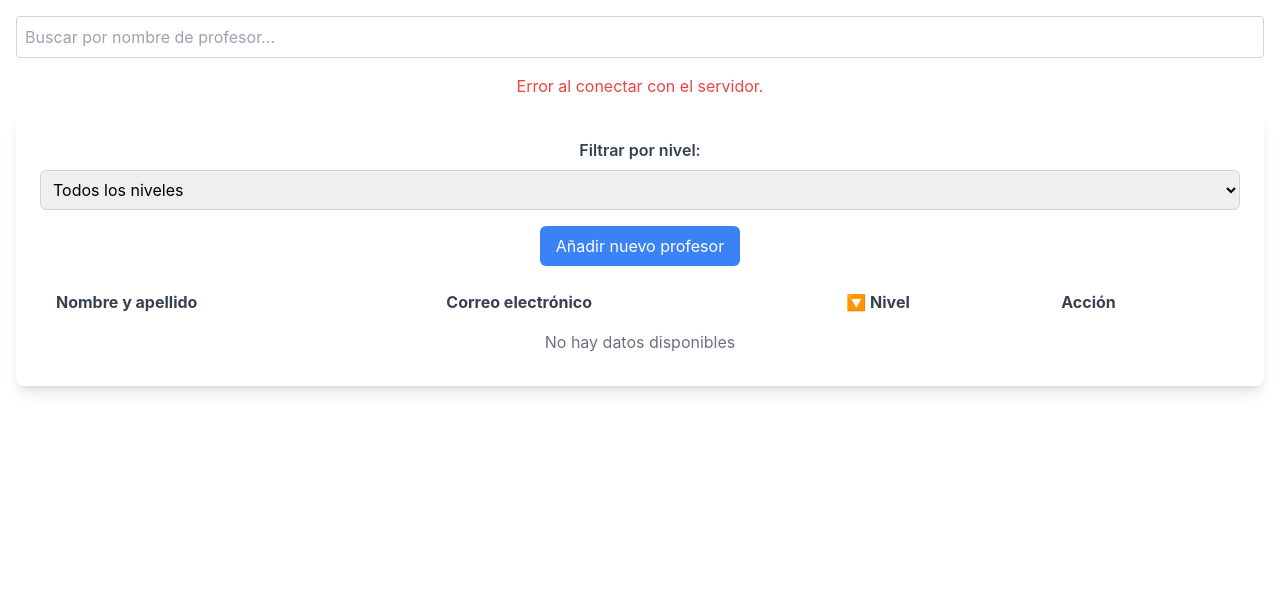
Repository: sofikalpin/EduMatch
Page: /administrador/listaProfesores (app in frontend-sistema-apoyo/frontend-sistema-apoyo/)
These files come from the project's save history. The page is drawn as it stood at one moment and after the next save; the edit follows.
The browser window is 1280 px wide. The pictures show the whole page.
The page's requests for data from a server got no answer. The project was rebuilt for these pictures with package versions that can differ from the ones it lists, and the page was loaded fresh each time. No one was signed in, and anything a server would have sent is missing. Also part of the build but not shown: frontend-sistema-apoyo/frontend-sistema-apoyo/src/componentes/inicio/Componentes/TopBar.js, frontend-sistema-apoyo/frontend-sistema-apoyo/src/componentes/inicio/Componentes/ProgramDropdown.js, frontend-sistema-apoyo/frontend-sistema-apoyo/src/componentes/inicio/Componentes/Header.js, frontend-sistema-apoyo/frontend-sistema-apoyo/src/componentes/inicio/Componentes/Footer.js, frontend-sistema-apoyo/frontend-sistema-apoyo/src/componentes/inicio/Inicio/Inicio.js, frontend-sistema-apoyo/frontend-sistema-apoyo/src/componentes/login/ForgotPassword.js, frontend-sistema-apoyo/frontend-sistema-apoyo/src/componentes/login/Login.js, frontend-sistema-apoyo/frontend-sistema-apoyo/src/componentes/registrar/Registrar.js and 21 more.

Above is the page before, as saved 2025-02-03 22:15:28.

### frontend-sistema-apoyo/frontend-sistema-apoyo/public/index.html
<!DOCTYPE html>
<html lang="en">
  <head>
    <meta charset="utf-8" />
    <link rel="icon" href="%PUBLIC_URL%/favicon.ico" />
    <meta name="viewport" content="width=device-width, initial-scale=1" />
    <meta name="theme-color" content="#000000" />
    <meta
      name="description"
      content="Web site created using create-react-app"
    />
    <link rel="apple-touch-icon" href="%PUBLIC_URL%/logo192.png" />
    <!--
      manifest.json provides metadata used when your web app is installed on a
      user's mobile device or desktop. See https://developers.google.com/web/fundamentals/web-app-manifest/
    -->
    <link rel="manifest" href="%PUBLIC_URL%/manifest.json" />
    <!--
      Notice the use of %PUBLIC_URL% in the tags above.
      It will be replaced with the URL of the `public` folder during the build.
      Only files inside the `public` folder can be referenced from the HTML.

      Unlike "/favicon.ico" or "favicon.ico", "%PUBLIC_URL%/favicon.ico" will
      work correctly both with client-side routing and a non-root public URL.
      Learn how to configure a non-root public URL by running `npm run build`.
    -->
    <title>React App</title>
  </head>
  <body>
    <noscript>You need to enable JavaScript to run this app.</noscript>
    <div id="root"></div>
    <script src="https://apis.google.com/js/platform.js" async defer></script>
    <!--
      This HTML file is a template.
      If you open it directly in the browser, you will see an empty page.

      You can add webfonts, meta tags, or analytics to this file.
      The build step will place the bundled scripts into the <body> tag.

      To begin the development, run `npm start` or `yarn start`.
      To create a production bundle, use `npm run build` or `yarn build`.
    -->
  </body>
</html>

### frontend-sistema-apoyo/frontend-sistema-apoyo/src/App.js
import React from "react";
import { Routes, Route, Navigate } from "react-router-dom";
import "./App.css";

// Importar los componentes
import Inicio from "./componentes/inicio/Inicio/Inicio";
import Login from "./componentes/login/Login";
import { Registrar } from "./componentes/registrar/Registrar";
import Perfil from "./componentes/Profesor/PerfilProfesor";
import InicioProfesor from "./componentes/inicio/Profesores/profesorini";
import NivelInicial from "./componentes/inicio/Programas/NivelInicial";
import NivelIntermedio from "./componentes/inicio/Programas/NivelIntermedio";
import NivelAvanzado from "./componentes/inicio/Programas/NivelAvanzado";
import Informacion from "./componentes/inicio/Informacion/Informacion";
import ResetPassword from "./componentes/inicio/Inicio/NuevaContra";
import Foro from "./componentes/Foro/Foros";
import Respuesta from "./componentes/Foro/Respuesta";
import NuevaConulta from "./componentes/Foro/NuevaConsulta";
import Administrador from "./componentes/Administrador/Administrador";
import ListaProfesores from "./componentes/Administrador/Profesores/listaProfesores"
import NuevoProfesor from "./componentes/Administrador/Profesores/NuevoProfesor/nuevoProfesor"
import EditarProfesor from "./componentes/Administrador/Profesores/EditarProfesor/editProfeso";
import CargarProfesor from "./componentes/Administrador/CargarProfesor/cargarProfesor";





function App() {
  return (
    <div className="App">
      <Routes>
        {/* Rutas públicas */}
        <Route path="/" element={<Inicio />} />
        <Route path="/iniciarsesion" element={<Login />} />
        <Route path="/registrarse" element={<Registrar />} />
        <Route path="/perfil" element={<Perfil />} />
        <Route path="/informacion" element={<Informacion />} />

        {/* Rutas protegidas */}
        <Route path="/inicioprofesor" element={<InicioProfesor />} />
        <Route path="/nivelinicial" element={<NivelInicial />} />
        <Route path="/nivelintermedio" element={<NivelIntermedio />} />
        <Route path="/nivelavanzado" element={<NivelAvanzado />} />
        <Route path="/" element={<NivelAvanzado />} />
        <Route path="/contra" element={<ResetPassword />} />
        <Route path="/foro" element={<Foro />} />
        <Route path="/respuesta" element={<Respuesta />} />
        <Route path="/consulta" element={<NuevaConulta />} />
        <Route path="/administrador" element={<Administrador />} />
        <Route path="/administrador/listaProfesores" element={<ListaProfesores />} />
        <Route path="/administrador/nuevoProfesor" element={<NuevoProfesor />} />
        <Route path="/administrador/editarProfesor" element={<EditarProfesor />} />
        <Route path="/administrador/cargarProfesor" element={<CargarProfesor />} />


        {/* Redirigir rutas no encontradas */}
        <Route path="*" element={<Navigate to="/" />} />
      </Routes>
    </div>
  );
}

export default App;

### frontend-sistema-apoyo/frontend-sistema-apoyo/src/index.css
@tailwind base;
@tailwind components;
@tailwind utilities;
/* Tus estilos personalizados vienen después */
body {
  margin: 0;
  font-family: -apple-system, BlinkMacSystemFont, 'Segoe UI', 'Roboto', 'Oxygen',
    'Ubuntu', 'Cantarell', 'Fira Sans', 'Droid Sans', 'Helvetica Neue',
    sans-serif;
  -webkit-font-smoothing: antialiased;
  -moz-osx-font-smoothing: grayscale;
}

code {
  font-family: source-code-pro, Menlo, Monaco, Consolas, 'Courier New',
    monospace;
}

### frontend-sistema-apoyo/frontend-sistema-apoyo/src/componentes/Administrador/Profesores/listaProfesores.js
import React, { useEffect, useState } from "react";
import TablaProfesoresT from "./TablaProfesores/TablaProfes";
import logo from "../../../logo/LogoInicio.png";
import { useNavigate } from "react-router-dom";
import axios from "axios";
import Header from "../HeaderAdministrador.js";
import Footer from "../FooteraAdministrador.js";


const ListaProfesores = () => {
    const [profesores, setProfesores] = useState([]);
    const [busqueda, setBusqueda] = useState("");
    const [error, setError] = useState("");
    const [loading, setLoading] = useState(true);
    const [mensajeEliminacion, setMensaje] = useState("");

    const navigate = useNavigate();

    useEffect(() => {
        const fetchProfesores = async () => {
            setLoading(true);
            try {
                const response = await axios.get("http://localhost:5228/API/AdministradorProfesor/ListaProfesoresAutorizados");
                if (response.data.status && Array.isArray(response.data.value)){
                    setProfesores(response.data.value);
                } else {
                    console.error("Error al cargar los profesores: " + response.data.message);
                    setError("No se pudo cargar la lista de profesores.");
                }
            } catch (error) {
                console.error("Error al cargar los profesores: ", error);
                setError("Error al conectar con el servidor.");
            } finally {
                setLoading(false);
            }
        };
        fetchProfesores();
    }, []);

    const profesorFiltro = profesores.filter((profesor) =>
        profesor.nombrecompleto?.toLowerCase().includes(busqueda.toLowerCase())
    );

    const handleDeleteProfesor = (id) => {
        if (window.confirm("¿Estás seguro de que deseas eliminar este profesor?")) {
            axios.delete(`http://localhost:5228/API/AdministradorProfesor/EliminarProfesor?id=${id}`)
                .then(() => {
                    setProfesores((prevProfesores) => prevProfesores.filter((profesor) => profesor.idusuario !== id));
                    console.log("Profesor eliminado con éxito.");
                    setMensaje("Profesor eliminado con éxito.");
                    setTimeout(() => setMensaje(""), 2000); // Limpiar mensaje después de 3 segundos
                })
                .catch((error) => {
                    console.error("Error al eliminar al profesor: ", error);
                    alert("Ocurrió un error al eliminar el profesor. Por favor, intenta nuevamente.");
                });
        }
    };

    const iniciales = (name) => {
        if (!name) return "";
        return name
            .split(" ")
            .map(word => word[0])
            .join("")
            .toUpperCase();
    };

    return (
        <div className="container mx-auto p-4">


            <input
                type="text"
                placeholder="Buscar por nombre de profesor..."
                value={busqueda}
                onChange={(e) => setBusqueda(e.target.value)}
                className="mb-4 p-2 border border-gray-300 rounded w-full"
                autoComplete="off"
            />

            <div>
                {mensajeEliminacion && <div className="text-green-500 mb-4">{mensajeEliminacion}</div>}
                {error && <div className="text-red-500 mb-4">{error}</div>}
                {loading ? (
                    <div className="text-gray-600">Cargando...</div>
                ) : (
                    <TablaProfesoresT data={profesorFiltro} onDelete={handleDeleteProfesor} />
                )}
            </div>
        </div>
    );
};

export default ListaProfesores;

### frontend-sistema-apoyo/frontend-sistema-apoyo/src/componentes/Administrador/Profesores/TablaProfesores/TablaProfes.js
import React, { useState } from "react";
import FilaProfesores from "../filaProfesores/filaProfesores.js";
import { useNavigate } from "react-router-dom";

const TablaProfes = ({ data, onDelete }) => {
    const navigate = useNavigate();
    const [nivelSeleccionado, setNivelSeleccionado] = useState("");

    const hadleNavigate = () => {
        try {
            navigate("nuevoProfesor");
        } catch (error) {
            console.error("Error al navegar: ", error);
        }
    };

    const handleNivelSeleccionado = (e) => {
        setNivelSeleccionado(e.target.value);
    };

    const profesorNivel = data.filter((profesor) =>
        nivelSeleccionado === "" || profesor.idnivel.toString() === nivelSeleccionado
    );

    const isDataValid = profesorNivel.length > 0;

    return (
        <div className="p-6 bg-white rounded-lg shadow-lg">
            <div className="mb-4">
                <label htmlFor="nivel-select" className="block text-gray-700 font-semibold mb-2">
                    Filtrar por nivel:
                </label>
                <select
                    id="nivel-select"
                    value={nivelSeleccionado}
                    onChange={handleNivelSeleccionado}
                    className="w-full p-2 border border-gray-300 rounded-md"
                >
                    <option value="">Todos los niveles</option>
                    <option value="1">A1: Principiante</option>
                    <option value="2">A2: Básico</option>
                    <option value="3">B1: Pre-intermedio</option>
                    <option value="4">B2: Intermedio</option>
                    <option value="5">C1: Intermedio-alto</option>
                    <option value="6">C2: Avanzado</option>
                </select>
            </div>

            <div className="mb-4">
                <button
                    className="px-4 py-2 bg-blue-500 text-white rounded-md hover:bg-blue-600"
                    onClick={hadleNavigate}
                >
                    Añadir nuevo profesor
                </button>
            </div>

            <div className="overflow-x-auto">
                <table className="min-w-full table-auto">
                    <thead>
                        <tr>
                            <th className="px-4 py-2 text-left text-gray-700">Nombre y apellido</th>
                            <th className="px-4 py-2 text-left text-gray-700">Correo electrónico</th>
                            <th className="px-4 py-2 text-left text-gray-700">🔽 Nivel</th>
                            <th className="px-4 py-2 text-left text-gray-700">Acción</th>
                        </tr>
                    </thead>
                    <tbody>
                        {isDataValid ? (
                            profesorNivel.map((profesor) => (
                                <FilaProfesores
                                    key={profesor.idusuario}
                                    profesor={profesor}
                                    onDelete={onDelete}
                                />
                            ))
                        ) : (
                            <tr>
                                <td colSpan={4} className="px-4 py-2 text-center text-gray-500">
                                    No hay datos disponibles
                                </td>
                            </tr>
                        )}
                    </tbody>
                </table>
            </div>
        </div>
    );
};

export default TablaProfes;

### frontend-sistema-apoyo/frontend-sistema-apoyo/src/componentes/Administrador/HeaderAdministrador.js
import React, { useState } from "react";
import logo from "../../logo/LogoInicio.png";
import { AiOutlineMessage } from "react-icons/ai"; // Ícono de chat
import Modal from "react-modal";
import { useNavigate } from "react-router-dom"; // Usamos useNavigate en lugar de useHistory

// Establece el elemento raíz para el modal
Modal.setAppElement("#root");

const Header = () => {
    const [isModalOpen, setIsModalOpen] = useState(false); // Estado para abrir/cerrar el modal
    const [isMenuOpen, setIsMenuOpen] = useState(false); // Estado para el menú de usuario
    const [isLogoutModalOpen, setIsLogoutModalOpen] = useState(false); // Modal para confirmar cierre de sesión
    const navigate = useNavigate(); // Usamos useNavigate para navegar

    // Función para abrir el modal de chats
    const openModal = () => setIsModalOpen(true);

    // Función para cerrar el modal de chats
    const closeModal = () => setIsModalOpen(false);

    // Función para alternar la visibilidad del menú de usuario
    const toggleMenu = () => setIsMenuOpen(!isMenuOpen);

    // Función para ir al perfil
    const goToProfile = () => {
        navigate("/perfil"); // Asegúrate de que "/perfil" es la ruta correcta
    };

    // Función para mostrar el modal de cierre de sesión
    const handleLogoutClick = () => {
        setIsLogoutModalOpen(true); // Muestra el modal de confirmación de cierre de sesión
    };

    // Función para manejar el cierre de sesión
    const handleLogout = () => {
        navigate("/"); // Redirige al inicio
    };

    // Función para cerrar el modal de logout sin hacer nada
    const closeLogoutModal = () => {
        setIsLogoutModalOpen(false);
    };

    return (
        <div className="flex flex-col w-full">
            {/* Logo Section */}
            <div className="bg-white py-2 flex justify-end items-center px-6">
                <div className="max-w-7xl mx-auto flex items-center justify-center">
                    <img
                        src={logo}
                        alt="EDU-MATCH"
                        className="h-11"
                    />
                </div>
            </div>

            {/* Navigation Bar */}
            <div className="flex items-center justify-between p-6" style={{ backgroundColor: '#00A89F' }}>
                <div className="max-w-7xl mx-auto px-4 w-full">
                    <div className="flex items-center justify-between h-14">
                        {/* Left Navigation */}
                        <nav className="flex items-center space-x-8">
                            <a
                                href="#"
                                className="text-white font-bold hover:text-yellow-400 active:text-yellow-400 text-xl transition-colors flex items-center gap-1"
                            >
                                Mis Cursos
                            </a>
                            <a
                                href="#"
                                className="text-white font-bold hover:text-yellow-400 active:text-yellow-400 text-xl transition-colors flex items-center gap-1"
                            >
                                Alumnos
                            </a>
                        </nav>

                        {/* User Profile */}
                        <div className="flex items-center space-x-3 relative">
                            {/* Message Icon on the left with onClick to open modal */}
                            <button onClick={openModal} className="text-white text-2xl">
                                <AiOutlineMessage />
                            </button>
                            <span
                                className="text-white font-bold text-xl cursor-pointer"
                                onClick={toggleMenu}
                            >
                                Maria A
                            </span>
                            <div className="w-10 h-10 rounded-full bg-pink-400 flex items-center justify-center text-white font-medium text-xl">
                                M
                            </div>

                            {/* User Menu (Dropdown below the user's name) */}
                            {isMenuOpen && (
                                <div className="absolute top-12 right-0 bg-white shadow-lg rounded-lg w-48 p-4 mt-2">
                                    <ul className="space-y-3">
                                        <li
                                            className="text-gray-800 hover:text-blue-500 cursor-pointer"
                                            onClick={goToProfile} // Redirige al perfil
                                        >
                                            Ver Perfil
                                        </li>
                                        <li
                                            className="text-gray-800 hover:text-blue-500 cursor-pointer"
                                            onClick={handleLogoutClick} // Muestra el modal de confirmación
                                        >
                                            Cerrar Sesión
                                        </li>
                                    </ul>
                                </div>
                            )}
                        </div>
                    </div>
                </div>
            </div>

            {/* Modal para confirmar cierre de sesión */}
            {isLogoutModalOpen && (
                <div className="fixed inset-0 bg-black bg-opacity-50 flex justify-center items-center">
                    <div className="bg-white p-6 rounded-lg w-80 shadow-lg">
                        <h3 className="text-xl font-semibold mb-4">¿Estás seguro de que quieres cerrar sesión?</h3>
                        <div className="flex justify-between">
                            <button
                                onClick={handleLogout}
                                className="bg-red-500 text-white px-4 py-2 rounded-md"
                            >
                                Aceptar
                            </button>
                            <button
                                onClick={closeLogoutModal}
                                className="bg-gray-300 text-black px-4 py-2 rounded-md"
                            >
                                Cancelar
                            </button>
                        </div>
                    </div>
                </div>
            )}

            {/* Modal for chats */}
            <Modal
                isOpen={isModalOpen}
                onRequestClose={closeModal}
                contentLabel="Chat Modal"
                className="fixed inset-0 bg-black bg-opacity-50 flex justify-center items-center"
            >
                <div className="bg-white p-6 rounded-lg w-96">
                    <h2 className="text-xl font-bold mb-4">Chats</h2>
                    {/* Aquí puedes agregar la lista de chats o el contenido que necesites */}
                    <p>Contenido de los chats...</p>
                    <button onClick={closeModal} className="bg-red-500 text-white p-2 rounded mt-4">
                        Cerrar
                    </button>
                </div>
            </Modal>
        </div>
    );
};

export default Header;

Loaded but not shown: frontend-sistema-apoyo/frontend-sistema-apoyo/src/index.js (common file); frontend-sistema-apoyo/frontend-sistema-apoyo/src/App.css (common file); frontend-sistema-apoyo/frontend-sistema-apoyo/tailwind.config.js (common file)

After the next save:
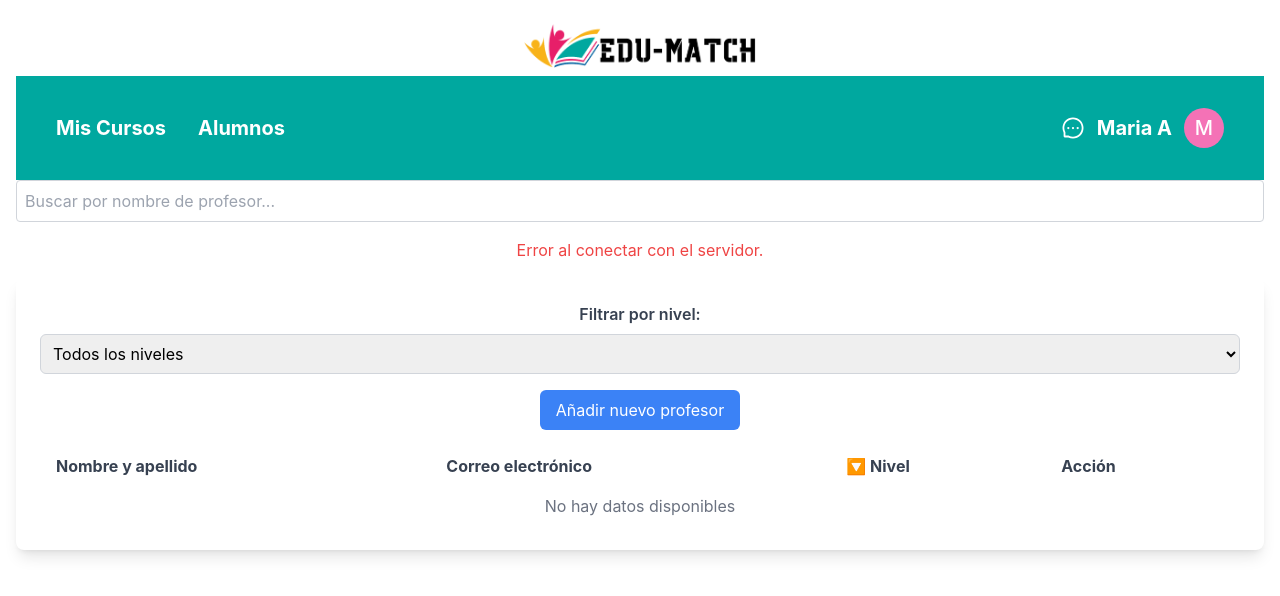
Saved 34 s later.
--- a/frontend-sistema-apoyo/frontend-sistema-apoyo/src/componentes/Administrador/Profesores/listaProfesores.js
+++ b/frontend-sistema-apoyo/frontend-sistema-apoyo/src/componentes/Administrador/Profesores/listaProfesores.js
@@ -68,8 +68,7 @@ const ListaProfesores = () => {
 
     return (
         <div className="container mx-auto p-4">
-
-
+            <Header onNavigate={navigate} logo={logo} />
             <input
                 type="text"
                 placeholder="Buscar por nombre de profesor..."
